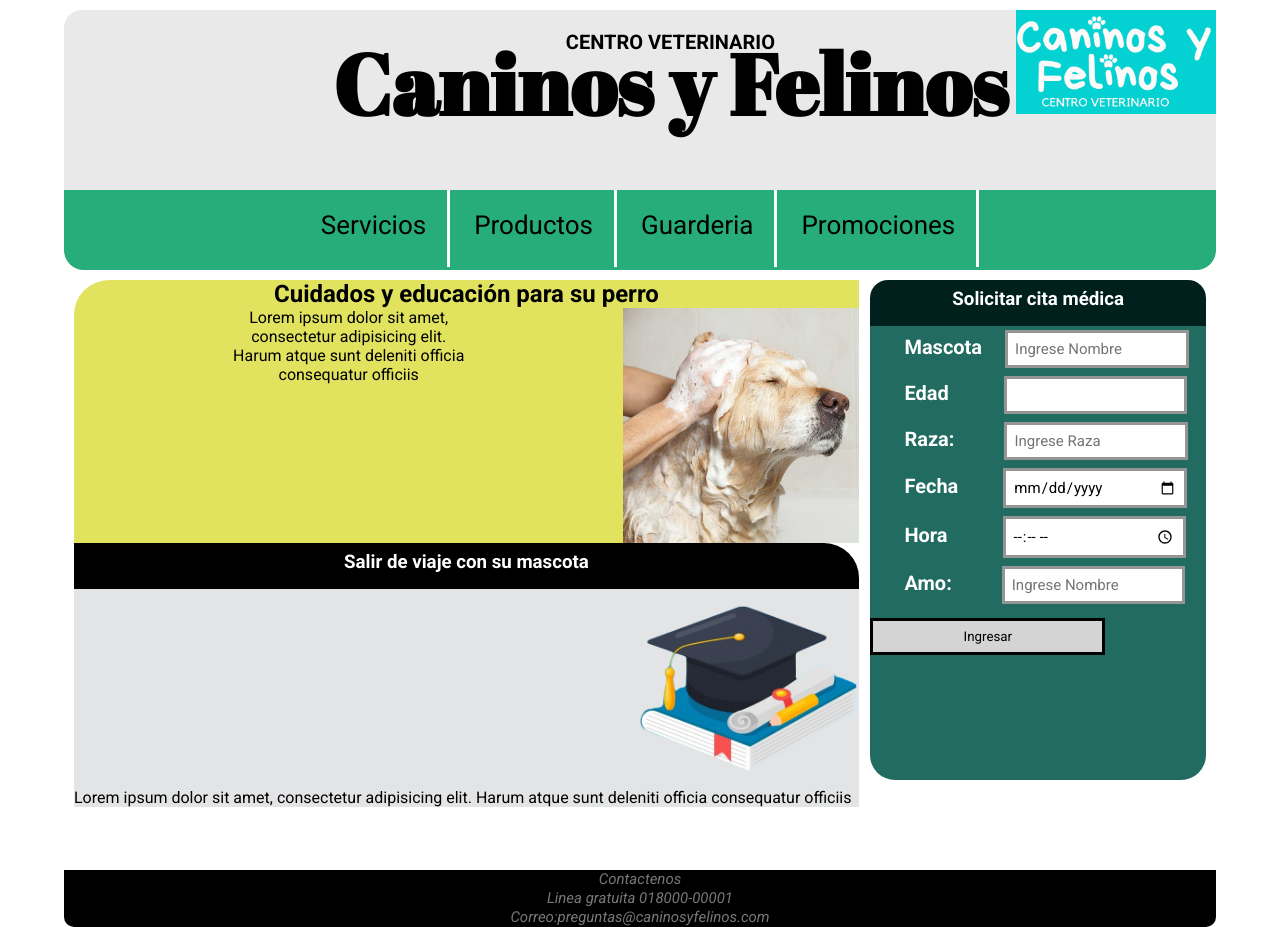
Repository: NickArregoces/Veterinaria
Page: Index.html
An editor plug-in stored every save of this project. The page is shown before and after the next save, followed by the edit.
The browser window is 1280 px wide. The pictures show the whole page.

Above is the page before, as saved 2021-10-05 17:01:59.

After the next save:
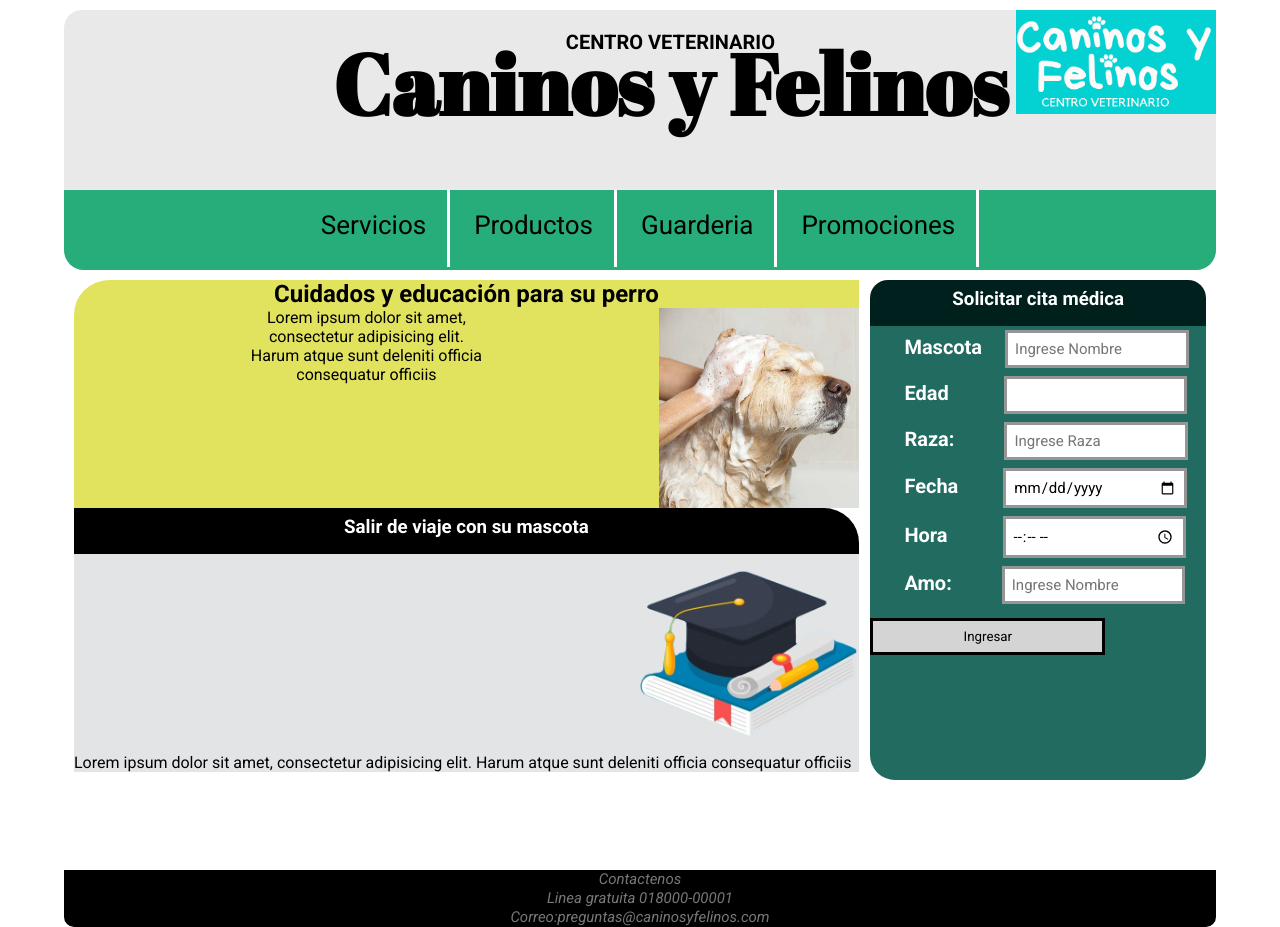
Saved 19 s later.
--- a/CSS/Style.css
+++ b/CSS/Style.css
@@ -162,6 +162,7 @@
         float: right;
     }
         div.Cuidados img {
+            margin
             width: 30%;
             border-color: black;
         }

After the 2 saves that followed:
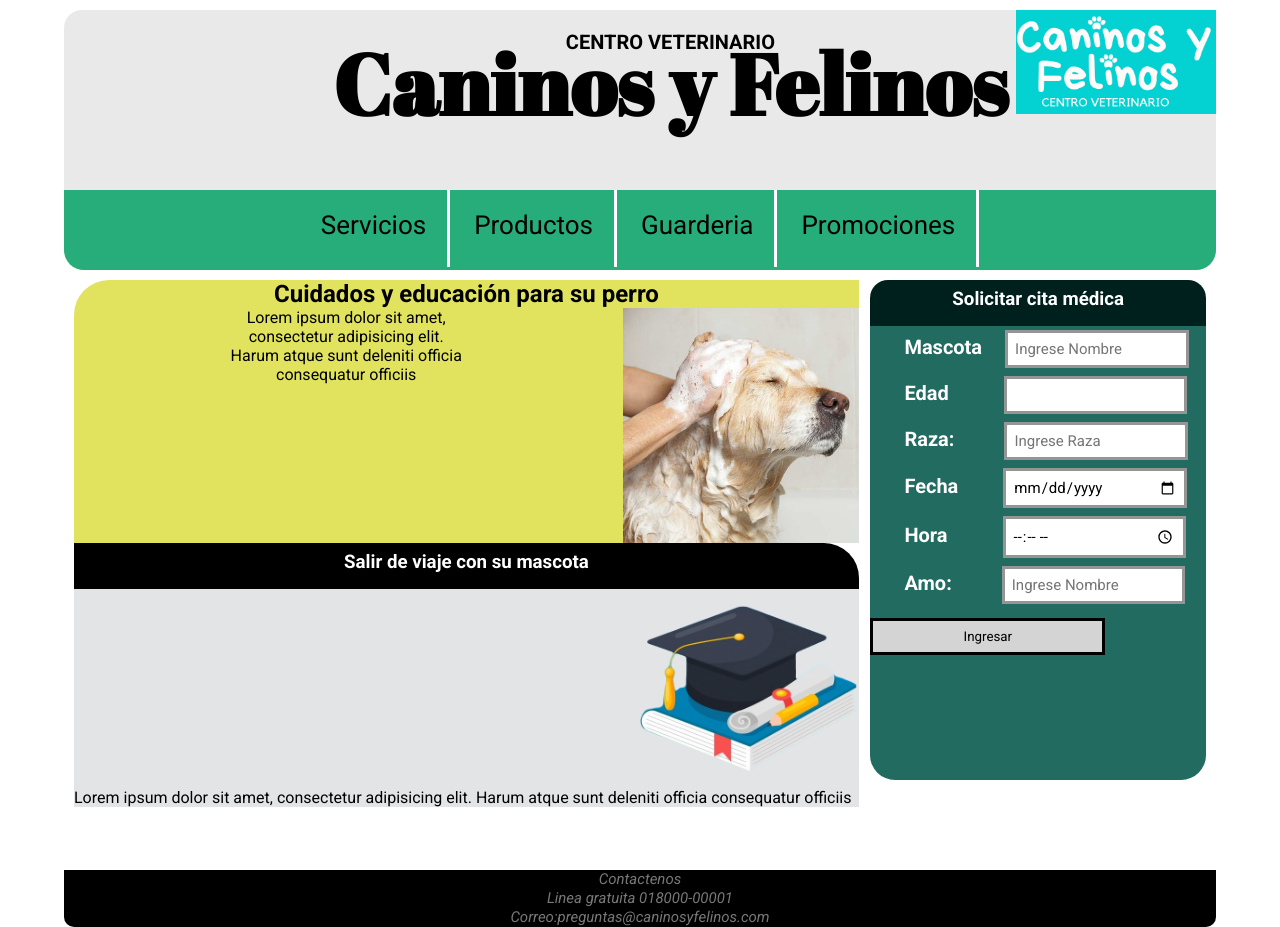
The 2 saves are shown as one change because they came seconds apart.
The last was saved 6 s later.
--- a/CSS/Style.css
+++ b/CSS/Style.css
@@ -162,7 +162,7 @@
         float: right;
     }
         div.Cuidados img {
-            margin
+            margin-left: 5px;
             width: 30%;
             border-color: black;
         }
